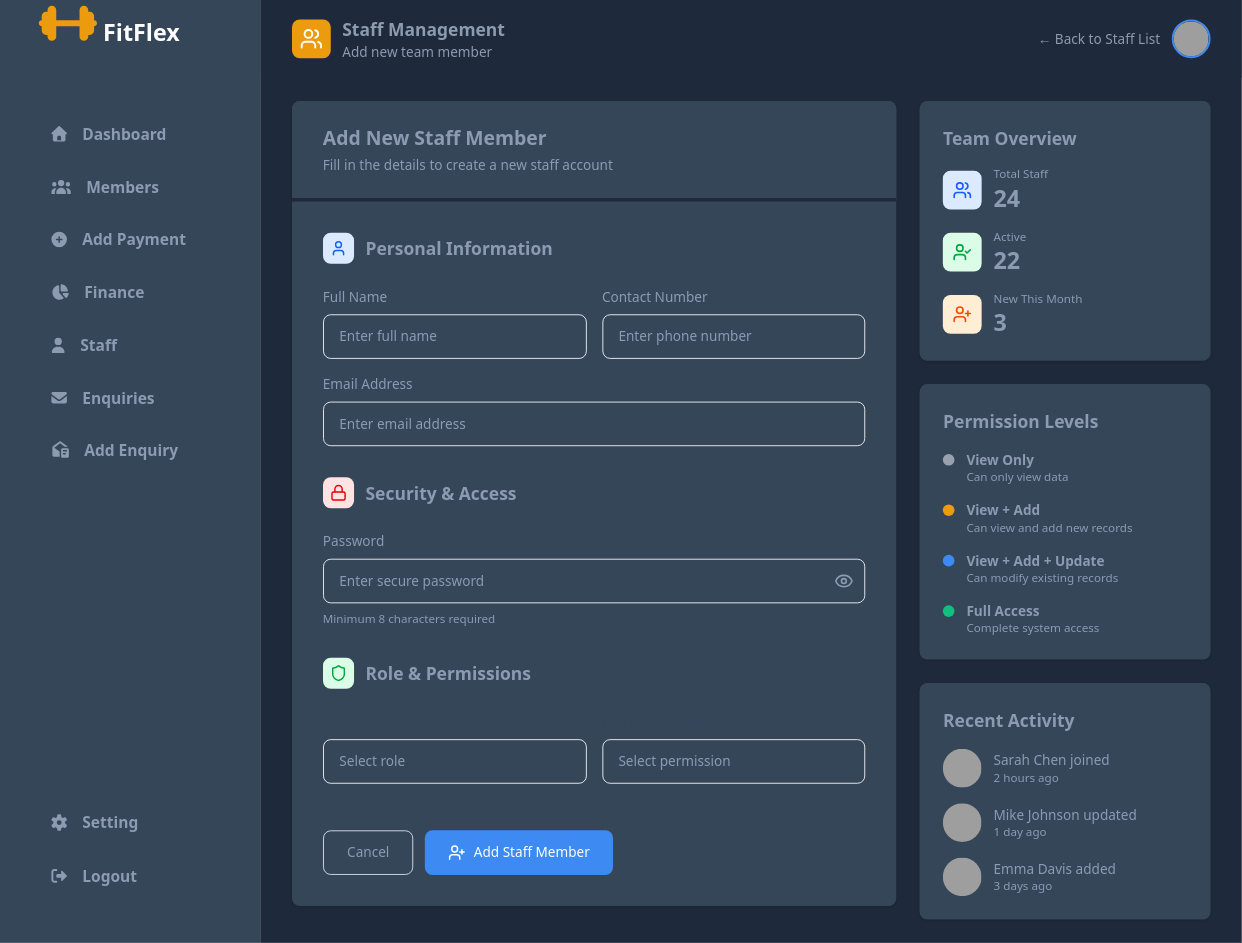
Repository: MuhammadTalhaTaj/gym_management_app_backend
Page: /addstaff (app in frontend/)
An editor plug-in stored every save of this project. The page is shown before and after the next save, followed by the edit.
The browser window is 1280 px wide. The pictures show the whole page, at 97% of full size.
Pictures or frames that could not be fetched are drawn as grey boxes. The project was rebuilt for these pictures with package versions that can differ from the ones it lists, and the page was loaded fresh each time. Also part of the build but not shown: frontend/vite.config.ts, frontend/src/assets/styles/AdminHeader.css, frontend/src/Components/AdminHeader.tsx, frontend/src/assets/styles/AdminDashboard.css, frontend/src/hooks/useDashboardData.ts, frontend/src/assets/styles/AdminDashboardStats.css, frontend/src/Components/AdminDashboardStats.tsx, frontend/src/Components/IncomeExpenseChart.tsx and 31 more.

Above is the page before, as saved 2025-11-21 10:52:39.

### frontend/index.html
<!doctype html>
<html lang="en">

<head>
  <meta charset="UTF-8" />
  <link rel="icon" type="image/svg+xml" href="/vite.svg" />
  <meta name="viewport" content="width=device-width, initial-scale=1.0" />
  <title>GymManagement</title>
  <link rel="preconnect" href="https://fonts.googleapis.com" />
  <link rel="preconnect" href="https://fonts.gstatic.com" crossorigin />
  <link rel="stylesheet" href="https://fonts.googleapis.com/css2?family=Roboto:wght@300;400;500;700&display=swap" />

</head>

<body>
  <div id="root"></div>
  <script type="module" src="/src/main.tsx"></script>
</body>

</html>

### frontend/src/index.css
@import "tailwindcss";
:root{
  padding: 0;
  margin: 0;
  box-sizing: border-box;
  --primary-100:#364659;
  --primary-200:#1E293B;
  --primary-300:#8C9BB0;
  --secondary-100: #EC9A0E;
  --secondary-200:#595446;
  --tertiary-100: #F24949;
  --tertiary-100-30: #584252;
  --tertiary-200: #F47117;
  --tertiary-200-30: #5A4B48;
  --tertiary-300: #11BF7F;
  --tertiary-300-30: #2B595E;
  --tertiary-400: #3D8BF2;
  --tertiary-400-30: #344E75;
  --tertiary-500: #94A3B8;
  --tertiary-600: #1E293B;
}
body{
  padding: 0;
  margin: 0;
}
.adminMain{
  display: flex;
  margin: 0;
  justify-content: space-between;
  padding: 0;
  /* border: 2px solid blue; */
}
@media all and (max-width:700px) {
  .adminMain{
    flex-direction: column;
  }
}

### frontend/src/Components/ProtectedRoute.tsx
import React, { useEffect, useState } from "react";
// import { Navigate } from "react-router-dom";
import { apiRequest } from "../config/api";

type Props = {
  children: React.ReactNode;
};

const getStoredToken = (): string | null => {
  return localStorage.getItem("accessToken") || sessionStorage.getItem("accessToken");
};

export default function ProtectedRoute({ children }: Props) {
  const [status, setStatus] = useState<"pending" | "ok" | "unauth">("pending");

  useEffect(() => {
    let mounted = true;

    const token = getStoredToken();
    if (!token) {
      // no token -> immediately unauth
      if (mounted) setStatus("unauth");
      return;
    }

    const validate = async () => {
      try {
        // call backend authenticate endpoint
        const res = await apiRequest<{ success?: boolean; message?: string; userId?: string }>({
          method: "GET",
          endpoint: "/auth/authenticate"
        });

        // backend returns success:true on valid token
        if (mounted && res && (res as any).success === true) {
          setStatus("ok");
        } else {
          // treat missing success flag as unauth
          if (mounted) setStatus("unauth");
        }
      } catch (err) {
        // any error -> unauth
        if (mounted) setStatus("unauth");
      }
    };

    validate();

    return () => { mounted = false; };
  }, []);

  if (status === "pending") {
    // while checking, render nothing (keep UI/layout unchanged)
    return null;
  }

  if (status === "unauth") {
    // clear tokens to ensure clean state, then redirect
    try {
      localStorage.removeItem("accessToken");
      sessionStorage.removeItem("accessToken");
    } catch (e) {
      // ignore
    }
    // return <Navigate to="/login" replace />;
  }

  // auth ok
  return <>{children}</>;
}

### frontend/src/context/AuthContext.tsx
// src/context/AuthContext.tsx (example)
import React, { createContext, useEffect } from "react";
import { onAuthFailure,
  // setAccessToken as storeAccessToken,
   clearTokens } from "../config/auth";
import { useNavigate } from "react-router-dom";

export const AuthContext = createContext<any>(null);

export const AuthProvider: React.FC<{children:any}> = ({ children }) => {
  const navigate = useNavigate();

  useEffect(() => {
    onAuthFailure(() => {
      // clear local tokens and redirect to login
      clearTokens();
      navigate("/login");
    });
  }, [navigate]);

  return <AuthContext.Provider value={{}}>{children}</AuthContext.Provider>;
};

### frontend/src/pages/Admin/AddStaff.tsx
import React, { useState } from 'react';
import { Eye, EyeOff, Users, UserCheck, UserPlus, Shield, User, Lock } from 'lucide-react';

// Data file - export this to a separate file in your project (e.g., staffData.js)
export const staffData = {
  teamOverview: {
    totalStaff: 24,
    activeStaff: 22,
    newThisMonth: 3
  },
  permissionLevels: [
    {
      id: 'view-only',
      name: 'View Only',
      description: 'Can only view data',
      color: 'bg-gray-400'
    },
    {
      id: 'view-add',
      name: 'View + Add',
      description: 'Can view and add new records',
      color: 'bg-[var(--secondary-100)]'
    },
    {
      id: 'view-add-update',
      name: 'View + Add + Update',
      description: 'Can modify existing records',
      color: 'bg-[var(--tertiary-400)]'
    },
    {
      id: 'full-access',
      name: 'Full Access',
      description: 'Complete system access',
      color: 'bg-[var(--tertiary-300)]'
    }
  ],
  recentActivity: [
    {
      id: 1,
      name: 'Sarah Chen',
      action: 'joined',
      time: '2 hours ago',
      avatar: 'https://i.pravatar.cc/150?img=1'
    },
    {
      id: 2,
      name: 'Mike Johnson',
      action: 'updated',
      time: '1 day ago',
      avatar: 'https://i.pravatar.cc/150?img=2'
    },
    {
      id: 3,
      name: 'Emma Davis',
      action: 'added',
      time: '3 days ago',
      avatar: 'https://i.pravatar.cc/150?img=3'
    }
  ],
  jobRoles: [
    'Select role',
    'Administrator',
    'Manager',
    'Developer',
    'Designer',
    'Analyst',
    'Support Staff'
  ],
  permissions: [
    'Select permission',
    'View Only',
    'View + Add',
    'View + Add + Update',
    'Full Access'
  ]
};

// Reusable Components
const Card = ({ children, className = '' }) => (
  <div className={`bg-[var(--primary-100)] rounded-lg shadow-sm ${className}`}>
    {children}
  </div>
);

const Input = ({ label, placeholder, type = 'text', value, onChange, showPasswordToggle, onTogglePassword, showPassword, helperText }) => (
  <div className="flex flex-col gap-2 ">
    {label && (
      <label className="text-sm font-medium text-[var(--primary-300)]">
        {label}
      </label>
    )}
    <div className="relative">
      <input
        type={type}
        placeholder={placeholder}
        value={value}
        onChange={onChange}
        className="w-full px-4 py-3 bg-[var(--primary-100)] border border-gray-200 rounded-lg text-sm text-[var(--primary-300)] placeholder-[var(--primary-300)] focus:outline-none focus:ring-2 focus:ring-[var(--tertiary-400)] focus:border-transparent transition-all"
      />
      {showPasswordToggle && (
        <button
          type="button"
          onClick={onTogglePassword}
          className="absolute right-3 top-1/2 -translate-y-1/2 text-[var(--primary-300)] hover:text-[var(--primary-100)] transition-colors"
        >
          {showPassword ? <EyeOff size={20} /> : <Eye size={20} />}
        </button>
      )}
    </div>
    {helperText && (
      <span className="text-xs text-[var(--primary-300)]">{helperText}</span>
    )}
  </div>
);

const Select = ({ label, options, value, onChange }) => (
  <div className="flex flex-col gap-2">
    {label && (
      <label className="text-sm font-medium text-[var(--primary-100)]">
        {label}
      </label>
    )}
    <select
      value={value}
      onChange={onChange}
      className="w-full px-4 py-3 bg-[var(--primary-100)] border border-gray-200 rounded-lg text-sm text-[var(--primary-300)] focus:outline-none focus:ring-2 focus:ring-[var(--tertiary-400)] focus:border-transparent transition-all appearance-none cursor-pointer"
      style={{
        backgroundImage: `url("data:[embedded picture, 161 characters]")`,
        backgroundRepeat: 'no-repeat',
        backgroundPosition: 'right 1rem center'
      }}
    >
      {options.map((option, index) => (
        <option key={index} value={option}>
          {option}
        </option>
      ))}
    </select>
  </div>
);

const Button = ({ children, variant = 'primary', onClick, icon: Icon }) => {
  const variants = {
    primary: 'bg-[var(--tertiary-400)] hover:bg-[var(--tertiary-400)]/60 text-white',
    secondary: 'bg-[var(--primary-100)] hover:bg-[var(--primary-200)] text-[var(--primary-300)] border border-gray-300'
  };

  return (
    <button
      onClick={onClick}
      className={`px-6 py-3 rounded-lg font-medium text-sm transition-all flex items-center justify-center gap-2 ${variants[variant]}`}
    >
      {Icon && <Icon size={18} />}
      {children}
    </button>
  );
};

const StatsCard = ({ icon: Icon, label, value, iconBg, iconColor }) => (
  <div className="flex items-center gap-3">
    <div className={`w-10 h-10 rounded-lg ${iconBg} flex items-center justify-center`}>
      <Icon size={20} className={iconColor} />
    </div>
    <div>
      <p className="text-xs text-[var(--primary-300)]">{label}</p>
      <p className="text-2xl font-bold text-[var(--primary-300)]">{value}</p>
    </div>
  </div>
);

const ActivityItem = ({ activity }) => (
  <div className="flex items-center gap-3">
    <img
      src={activity.avatar}
      alt={activity.name}
      className="w-10 h-10 rounded-full object-cover"
    />
    <div className="flex-1">
      <p className="text-sm font-medium text-[var(--primary-300)]">
        {activity.name} {activity.action}
      </p>
      <p className="text-xs text-[var(--primary-300)]">{activity.time}</p>
    </div>
  </div>
);

const PermissionItem = ({ permission }) => (
  <div className="flex items-start gap-3">
    <div className={`w-3 h-3 rounded-full ${permission.color} mt-1`}></div>
    <div className="flex-1">
      <p className="text-sm font-semibold text-[var(--primary-300)]">{permission.name}</p>
      <p className="text-xs text-[var(--primary-300)]">{permission.description}</p>
    </div>
  </div>
);

const SectionHeader = ({ icon: Icon, title, iconBg, iconColor }) => (
  <div className="flex items-center gap-3 mb-6">
    <div className={`w-8 h-8 rounded-lg ${iconBg} flex items-center justify-center`}>
      <Icon size={18} className={iconColor} />
    </div>
    <h3 className="text-lg font-semibold text-[var(--primary-300)]">{title}</h3>
  </div>
);

// Main Component
const AddStaff = () => {
  const [formData, setFormData] = useState({
    fullName: '',
    contactNumber: '',
    email: '',
    password: '',
    jobRole: staffData.jobRoles[0],
    permission: staffData.permissions[0]
  });

  const [showPassword, setShowPassword] = useState(false);

  const handleInputChange = (field) => (e) => {
    setFormData(prev => ({ ...prev, [field]: e.target.value }));
  };

  const handleSubmit = () => {
    console.log('Form submitted:', formData);
    // Add your form submission logic here
  };

  const handleCancel = () => {
    setFormData({
      fullName: '',
      contactNumber: '',
      email: '',
      password: '',
      jobRole: staffData.jobRoles[0],
      permission: staffData.permissions[0]
    });
  };

  return (
    <div className="min-h-screen w-full bg-[var(--primary-200)]">
      {/* Header */}
      <header className="bg-[var(--primary-200)] text-white px-4 sm:px-6 lg:px-8 py-4">
        <div className="max-w-7xl mx-auto flex items-center justify-between">
          <div className="flex items-center gap-3">
            <div className="w-10 h-10 bg-[var(--secondary-100)] rounded-lg flex items-center justify-center">
              <Users size={24} />
            </div>
            <div>
              <h1 className="text-lg font-semibold text-[var(--primary-300)]">Staff Management</h1>
              <p className="text-sm text-[var(--primary-300)]">Add new team member</p>
            </div>
          </div>
          <div className="flex items-center gap-3">
            <button className="flex items-center text-[var(--primary-300)] gap-2 text-sm hover:text-gray-300 transition-colors">
              <span className="hidden sm:inline">← Back to Staff List</span>
              <span className="sm:hidden">← Back</span>
            </button>
            <img
              src="https://i.pravatar.cc/150?img=5"
              alt="User"
              className="w-10 h-10 rounded-full object-cover border-2 border-[var(--tertiary-400)]"
            />
          </div>
        </div>
      </header>

      {/* Main Content */}
      <main className="max-w-7xl mx-auto px-4 sm:px-6 lg:px-8 py-6">
        <div className="grid grid-cols-1 lg:grid-cols-3 gap-6">
          {/* Left Column - Form */}
          <div className="lg:col-span-2">
            <Card className="p-6 sm:p-8">
              {/* Form Header */}
              <div className="bg-[var(--primary-100)] text-[var(--primary-300)] border-b-4 border-b-[var(--primary-200)] -mx-6 sm:-mx-8 -mt-6 sm:-mt-8 px-6 sm:px-8 py-6 rounded-t-lg mb-8">
                <h2 className="text-xl font-bold mb-1">Add New Staff Member</h2>
                <p className="text-sm text-[var(--primary-300)]">Fill in the details to create a new staff account</p>
              </div>

              <div className="space-y-8">
                {/* Personal Information */}
                <div>
                  <SectionHeader
                    icon={User}
                    title="Personal Information"
                    iconBg="bg-blue-100"
                    iconColor="text-blue-600"
                  />
                  <div className="grid grid-cols-1 md:grid-cols-2 gap-4">
                    <Input
                      label="Full Name"
                      placeholder="Enter full name"
                      value={formData.fullName}
                      onChange={handleInputChange('fullName')}
                    />
                    <Input
                      label="Contact Number"
                      placeholder="Enter phone number"
                      type="tel"
                      value={formData.contactNumber}
                      onChange={handleInputChange('contactNumber')}
                    />
                  </div>
                  <div className="mt-4">
                    <Input
                      label="Email Address"
                      placeholder="Enter email address"
                      type="email"
                      value={formData.email}
                      onChange={handleInputChange('email')}
                    />
                  </div>
                </div>

                {/* Security & Access */}
                <div>
                  <SectionHeader
                    icon={Lock}
                    title="Security & Access"
                    iconBg="bg-red-100"
                    iconColor="text-red-600"
                  />
                  <Input
                    label="Password"
                    placeholder="Enter secure password"
                    type={showPassword ? 'text' : 'password'}
                    value={formData.password}
                    onChange={handleInputChange('password')}
                    showPasswordToggle
                    onTogglePassword={() => setShowPassword(!showPassword)}
                    showPassword={showPassword}
                    helperText="Minimum 8 characters required"
                  />
                </div>

                {/* Role & Permissions */}
                <div>
                  <SectionHeader
                    icon={Shield}
                    title="Role & Permissions"
                    iconBg="bg-green-100"
                    iconColor="text-green-600"
                  />
                  <div className="grid grid-cols-1 md:grid-cols-2 gap-4">
                    <Select
                      label="Job Role"
                      options={staffData.jobRoles}
                      value={formData.jobRole}
                      onChange={handleInputChange('jobRole')}
                    />
                    <Select
                      label="Permission Level"
                      options={staffData.permissions}
                      value={formData.permission}
                      onChange={handleInputChange('permission')}
                    />
                  </div>
                </div>

                {/* Action Buttons */}
                <div className="flex flex-col sm:flex-row gap-3 pt-4">
                  <Button variant="secondary" onClick={handleCancel}>
                    Cancel
                  </Button>
                  <Button variant="primary" onClick={handleSubmit} icon={UserPlus}>
                    Add Staff Member
                  </Button>
                </div>
              </div>
            </Card>
          </div>

          {/* Right Column - Sidebar */}
          <div className="space-y-6">
            {/* Team Overview */}
            <Card className="p-6">
              <h3 className="text-lg font-semibold text-[var(--primary-300)] mb-4">Team Overview</h3>
              <div className="space-y-4">
                <StatsCard
                  icon={Users}
                  label="Total Staff"
                  value={staffData.teamOverview.totalStaff}
                  iconBg="bg-blue-100"
                  iconColor="text-blue-600"
                />
                <StatsCard
                  icon={UserCheck}
                  label="Active"
                  value={staffData.teamOverview.activeStaff}
                  iconBg="bg-green-100"
                  iconColor="text-green-600"
                />
                <StatsCard
                  icon={UserPlus}
                  label="New This Month"
                  value={staffData.teamOverview.newThisMonth}
                  iconBg="bg-orange-100"
                  iconColor="text-orange-600"
                />
              </div>
            </Card>

            {/* Permission Levels */}
            <Card className="p-6">
              <h3 className="text-lg font-semibold text-[var(--primary-300)] mb-4">Permission Levels</h3>
              <div className="space-y-4">
                {staffData.permissionLevels.map(permission => (
                  <PermissionItem key={permission.id} permission={permission} />
                ))}
              </div>
            </Card>

            {/* Recent Activity */}
            <Card className="p-6">
              <h3 className="text-lg font-semibold text-[var(--primary-300)] mb-4">Recent Activity</h3>
              <div className="space-y-4">
                {staffData.recentActivity.map(activity => (
                  <ActivityItem key={activity.id} activity={activity} />
                ))}
              </div>
            </Card>
          </div>
        </div>
      </main>
    </div>
  );
};

export default AddStaff;

### frontend/src/config/auth.ts
// src/config/auth.ts
const ACCESS_TOKEN_KEY = "accessToken";

/**
 * Read access token (prefers localStorage, fallbacks to sessionStorage)
 */
export function readAccessToken(): string | null {
  return localStorage.getItem(ACCESS_TOKEN_KEY) || sessionStorage.getItem(ACCESS_TOKEN_KEY);
}

/**
 * Store access token.
 * If `persist` true -> save to localStorage, otherwise sessionStorage.
 */
export function setAccessToken(token: string | null, persist = true) {
  if (!token) {
    localStorage.removeItem(ACCESS_TOKEN_KEY);
    sessionStorage.removeItem(ACCESS_TOKEN_KEY);
    return;
  }
  if (persist) {
    localStorage.setItem(ACCESS_TOKEN_KEY, token);
    sessionStorage.removeItem(ACCESS_TOKEN_KEY);
  } else {
    sessionStorage.setItem(ACCESS_TOKEN_KEY, token);
    localStorage.removeItem(ACCESS_TOKEN_KEY);
  }
}

/**
 * Clear tokens
 */
export function clearTokens() {
  localStorage.removeItem(ACCESS_TOKEN_KEY);
  sessionStorage.removeItem(ACCESS_TOKEN_KEY);
}

/**
 * Call refresh endpoint to obtain a fresh access token.
 * Note: This request includes credentials because your backend may store refresh token in an httpOnly cookie.
 */
let AUTH_BASE_URL = (import.meta.env.VITE_API_URL || "http://localhost:4000").replace(/\/$/, "");

export async function refreshAccessToken(): Promise<string> {
  const url = `${AUTH_BASE_URL}/auth/refreshToken`;

  const res = await fetch(url, {
    method: "POST",
    // include cookies to allow the server to find httpOnly refresh cookie
    credentials: "include",
    headers: {
      "Content-Type": "application/json"
    },
    // no body needed because your server reads cookie/header
  });

  // If server returns non-JSON or non-ok, try to parse but handle gracefully
  let data: any = {};
  try {
    data = await res.json();
  } catch (e) {
    // ignore parse error
  }

  if (!res.ok) {
    // throw useful error with body message if present
    const message = data?.message || `Failed to refresh access token (status ${res.status})`;
    throw new Error(message);
  }

  if (!data?.accessToken) {
    throw new Error("Refresh succeeded but no accessToken returned");
  }

  // store returned token (persist behavior up to you; default persist)
  setAccessToken(data.accessToken, true);
  return data.accessToken;
}

/**
 * App-level callback when refresh fails (e.g., redirect to /login)
 */
let authFailureHandler: (() => void) | null = null;
export function onAuthFailure(handler: () => void) {
  authFailureHandler = handler;
}
export function callAuthFailureHandler() {
  if (typeof authFailureHandler === "function") authFailureHandler();
}

Loaded but not shown: frontend/src/main.tsx (common file); frontend/src/Components/AdminSidebar.tsx (181 lines, source omitted); frontend/src/config/api.ts (123 lines, source omitted); frontend/src/App.tsx (71 lines, source omitted); frontend/src/assets/styles/AdminSidebar.css (138 lines, source omitted)

After the next save:
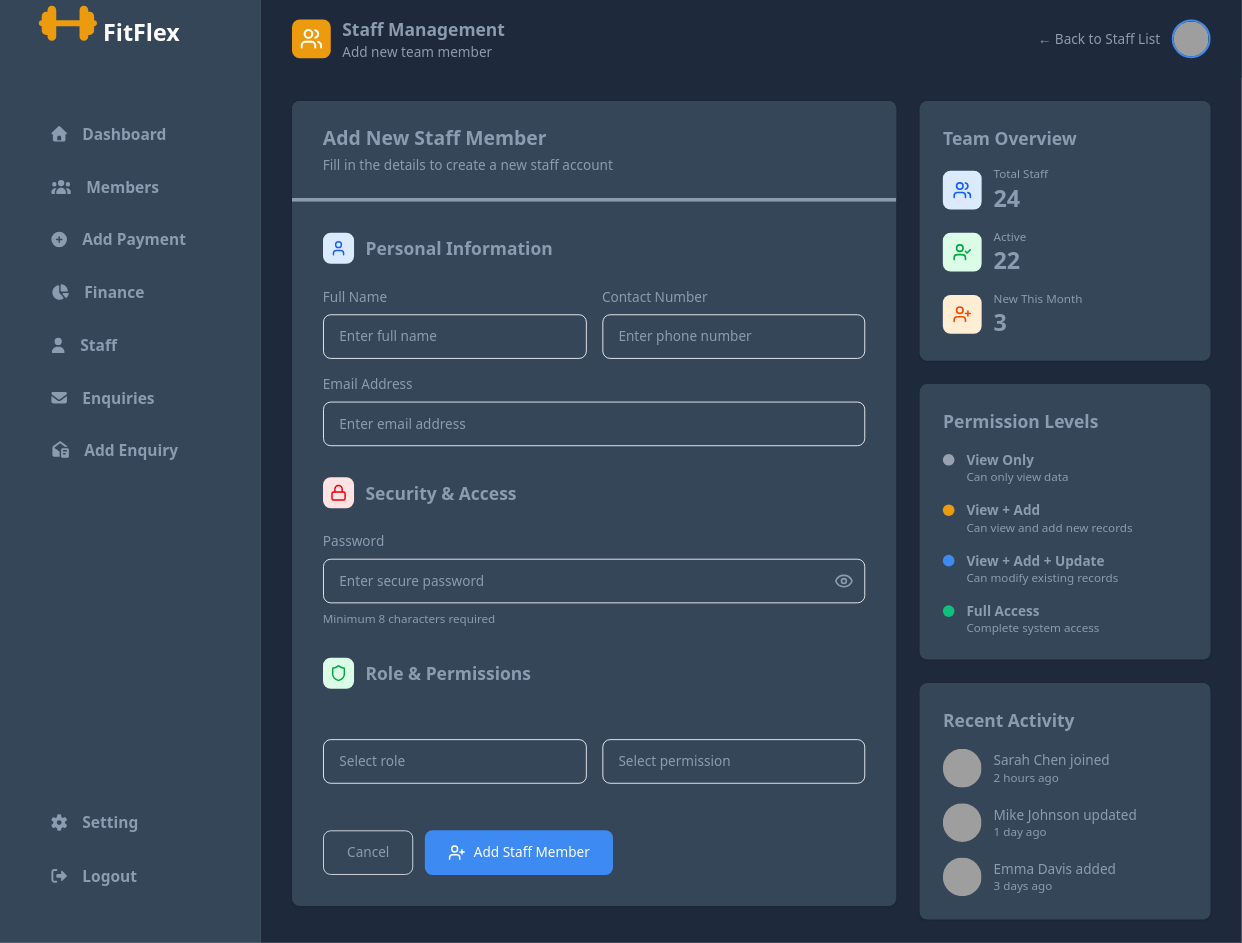
Saved 5 s later.
--- a/frontend/src/pages/Admin/AddStaff.tsx
+++ b/frontend/src/pages/Admin/AddStaff.tsx
@@ -271,7 +271,7 @@ const AddStaff = () => {
           <div className="lg:col-span-2">
             <Card className="p-6 sm:p-8">
               {/* Form Header */}
-              <div className="bg-[var(--primary-100)] text-[var(--primary-300)] border-b-4 border-b-[var(--primary-200)] -mx-6 sm:-mx-8 -mt-6 sm:-mt-8 px-6 sm:px-8 py-6 rounded-t-lg mb-8">
+              <div className="bg-[var(--primary-100)] text-[var(--primary-300)] border-b-4 border-b-[var(--primary-300)] -mx-6 sm:-mx-8 -mt-6 sm:-mt-8 px-6 sm:px-8 py-6 rounded-t-lg mb-8">
                 <h2 className="text-xl font-bold mb-1">Add New Staff Member</h2>
                 <p className="text-sm text-[var(--primary-300)]">Fill in the details to create a new staff account</p>
               </div>
